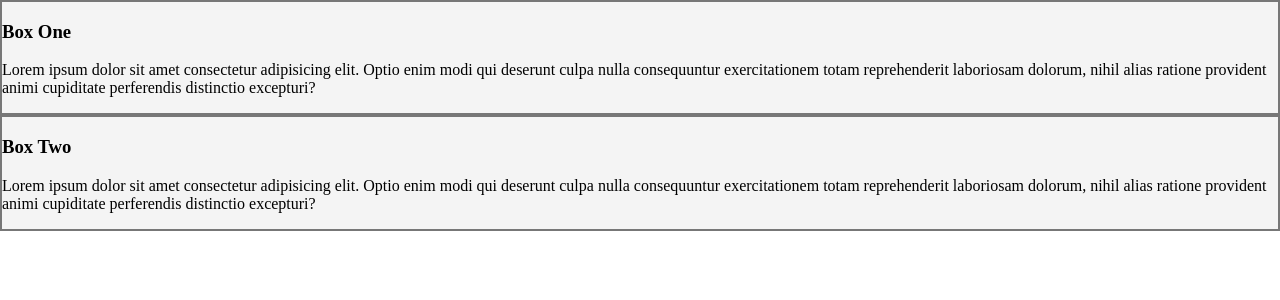
Repository: andiausrust/css-traversy
Page: box_model_margin_padding/index.html
The author's editor kept a copy of each file at every save. The page is drawn from the files as they stood at one save, then again after the next save.
The browser window is 1280 px wide. The pictures show the whole page.

Above is the page before, as saved 2020-08-19 20:54:12.

After the next save:
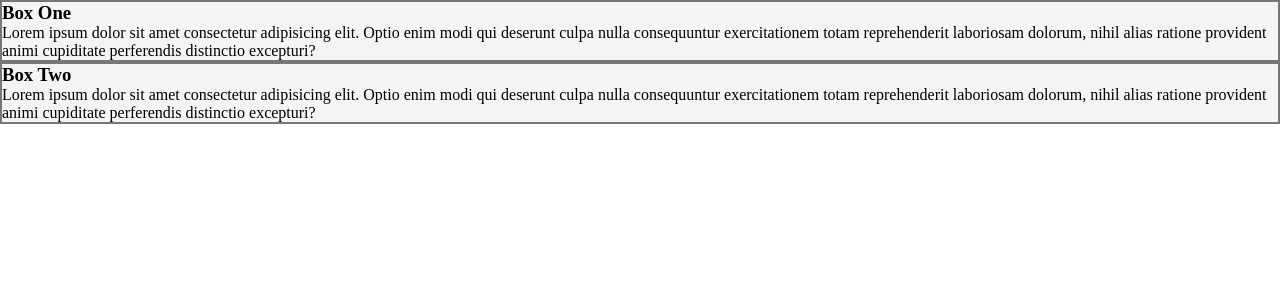
Saved 12 s later.
--- a/box_model_margin_padding/css/style.css
+++ b/box_model_margin_padding/css/style.css
@@ -1,4 +1,4 @@
-body {
+* {
     margin: 0;
     padding: 0;
 }
